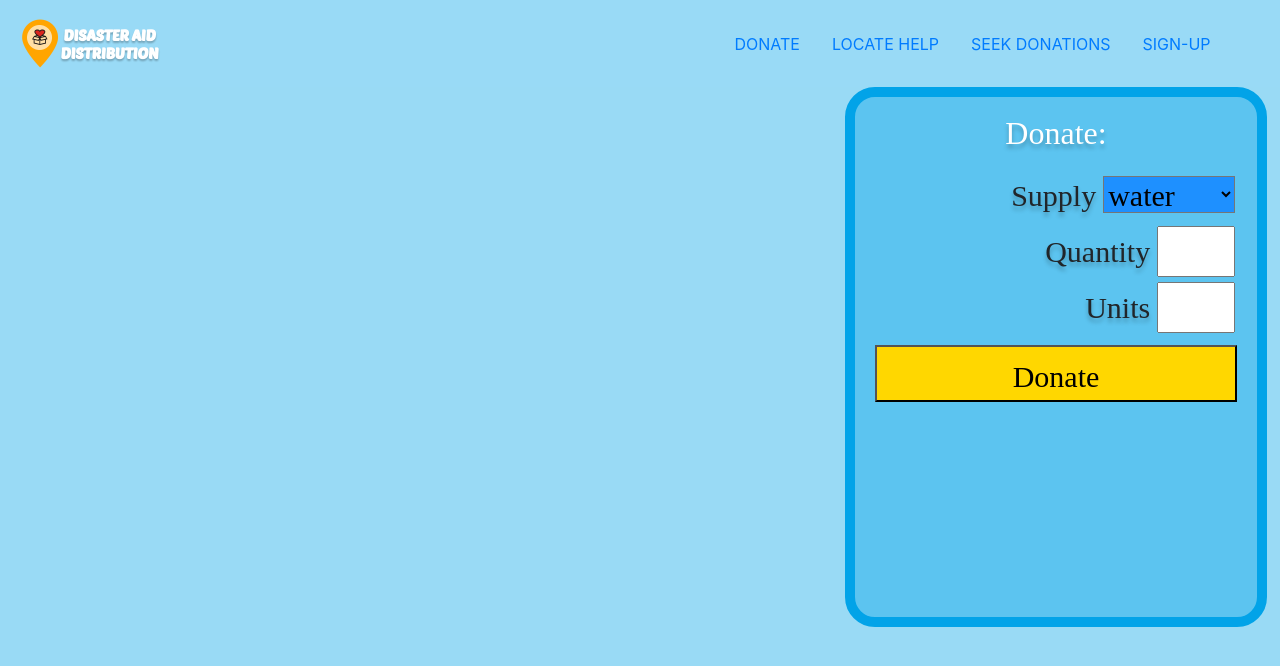
Repository: uprm-inso-4115-2019-2020-S2/semester-project-inso4115-DisasterAid-backend
Page: /donate-modal (app in disaster-aid/)
An editor plug-in stored every save of this project. The page is shown before and after the next save, followed by the edit.
The browser window is 1280 px wide. The pictures show the whole page.
The project was rebuilt for these pictures with package versions that can differ from the ones it lists, and the page was loaded fresh each time. Also part of the build but not shown: disaster-aid/angular.json, disaster-aid/src/app/login/login.component.ts, disaster-aid/src/app/register/register.component.ts, disaster-aid/src/app/home/home.component.ts, disaster-aid/src/app/landing-page/landing-page.component.ts, disaster-aid/src/app/donations/donations.component.ts, disaster-aid/src/app/donations.service.ts.

Above is the page before, as saved 2020-05-09 02:06:48.

After the next save:
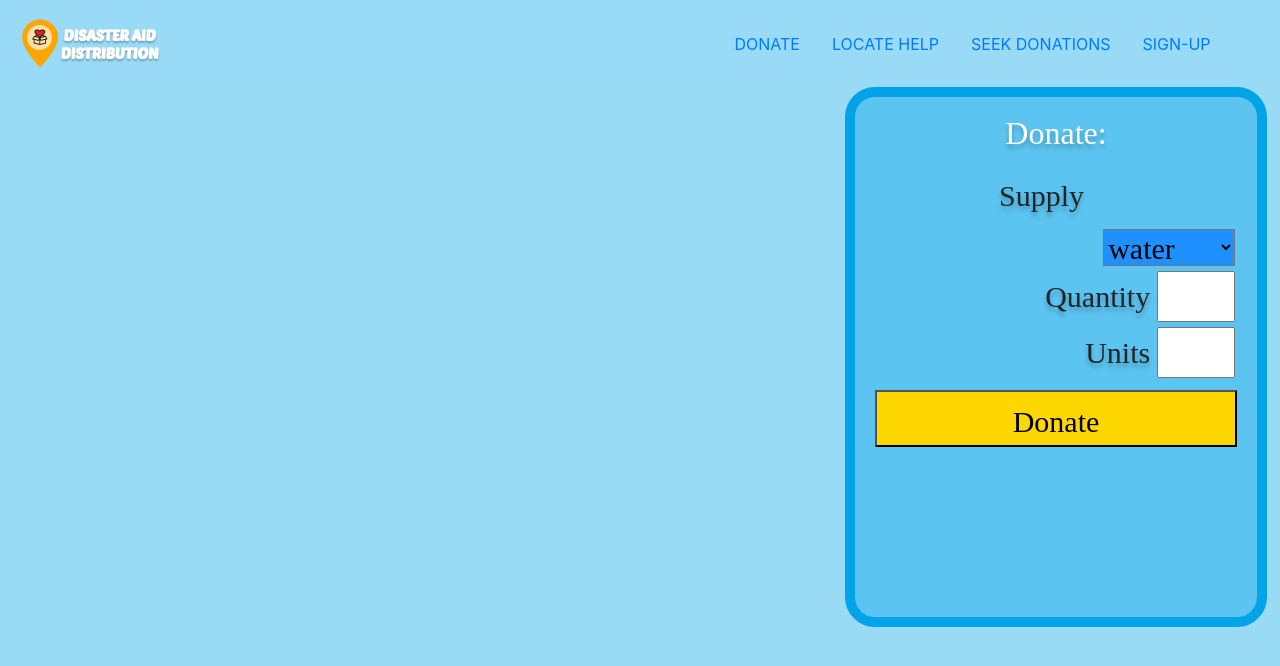
Saved 78 s later.
--- a/disaster-aid/src/app/donate-modal/donate-modal.component.html
+++ b/disaster-aid/src/app/donate-modal/donate-modal.component.html
@@ -21,7 +21,8 @@
     <!-- <form [formGroup]="loginForm" (ngSubmit)="onSubmit(loginForm.value)"> -->
         <div style="text-align: right; padding-right: 22px;">
             <div>
-                <label for="Supply" style="padding-right: 7px;">Supply</label>
+                <label for="Supply" style="padding-right: 7px; width:100%;
+                text-align:center;">Supply</label>
                 <select id="supply" name="supply" class="select">
                     <option value="water">water</option>
                     <option value="food">food</option>
